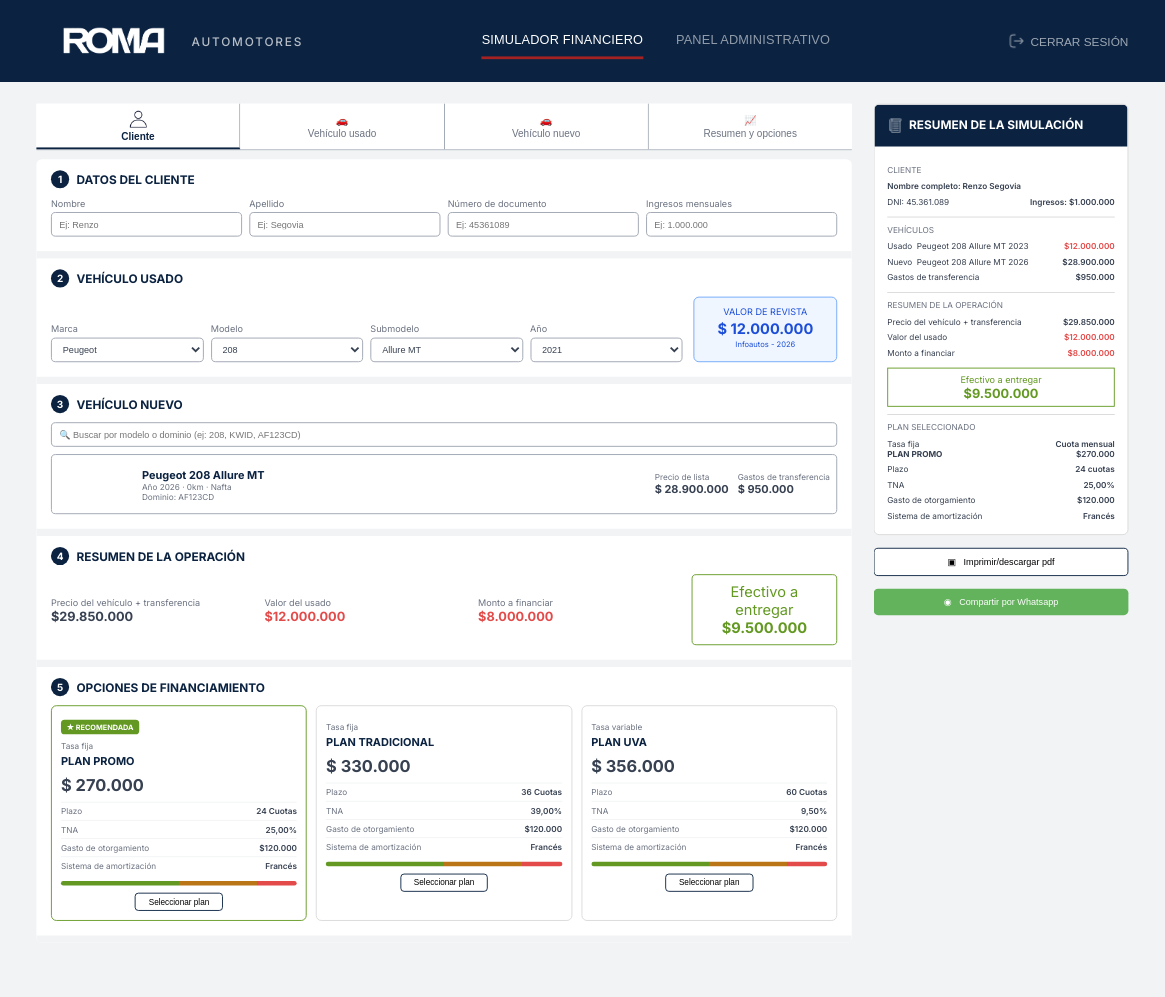
Repository: PPIII-9-012/Roma-System
Page: public/index.html
The author's editor kept a copy of each file at every save. The page is drawn from the files as they stood at one save, then again after the next save.
The browser window is 1280 px wide. The pictures show the whole page, at 91% of full size.

Above is the page before, as saved 2026-08-22 13:03:03.

### public/index.html
<!DOCTYPE html>
<html lang="es">
<head>
    <meta charset="UTF-8">
    <meta name="viewport" content="width=device-width, initial-scale=1.0">
    <title>Simulador Financiero — Roma Automotores</title>
    <link rel="preconnect" href="https://fonts.googleapis.com">
    <link href="https://fonts.googleapis.com/css2?family=Inter:wght@400;500;600;700&display=swap" rel="stylesheet">
    <style>
        * {
            box-sizing: border-box;
            margin: 0;
            padding: 0;
        }
        body {
            font-family: 'Inter', system-ui, sans-serif;
        }
        .navbar {
            height: 90px;
            background: #0B2341;
            color: #FFFFFF;
            display: flex;
            align-items: center;
            justify-content: space-between;
            padding: 0 40px;
            position: sticky;
            top: 0;
            z-index: 50;
        }
        .navbar-left,
        .navbar-links,
        .navbar-logout {
            display: flex;
            align-items: center;
        }
        .navbar-left {
            gap: 14px;
        }
        .navbar-links {
            gap: 36px;
        }
        .navbar-logo {
            width: auto;
            height: 70px;
            display: block;
        }
        .navbar-brand {
            font-size: 13px;
            opacity: .7;
            letter-spacing: 2px;
            font-weight: 500;
        }
        .navbar-brand,
        .navbar-link,
        .navbar-logout {
            color: #FFFFFF;
        }
        .navbar-link {
            font-size: 14px;
            opacity: .55;
            text-decoration: none;
            padding-bottom: 4px;
            letter-spacing: .2px;
            transition: opacity .15s;
            position: relative;
        }
        .navbar-link:hover {
            opacity: .85;
        }
        .navbar-link.active {
            opacity: 1;
        }
        .navbar-link.active::after {
            content: "";
            position: absolute;
            left: 0;
            right: 0;
            bottom: -10px;
            height: 3px;
            background: #a52222;
        }
        .navbar-logout {
            font-size: 13px;
            opacity: .6;
        }
        .navbar-logout:hover {
            opacity: 1;
        }
        .navbar-link,
        .navbar-logout {
            background: transparent;
            border: 0;
            cursor: pointer;
        }
        .navbar-logout {
            gap: 6px;
        }
        .logout-logo {
            width: auto;
            height: 18px;
            display: block;
        }
        body {
            background: #F1F3F4;
            color: #374151;
        }
        .app {
            display: flex;
            max-width: 1440px;
            margin: 0 auto;
            align-items: flex-start;
        }
        .main-col {
            flex: 1;
            min-width: 0;
            padding: 24px 24px 60px 40px;
        }
        .side-col {
            width: 320px;
            flex-shrink: 0;
            padding: 24px 40px 60px 0;
            position: sticky;
            top: 90px;
        }
        .progress-tabs {
            background: #FFFFFF;
            display: flex;
            border-bottom: 1px solid #9CA3AF;
            margin-bottom: 10px;
        }
        .progress-tab {
            flex: 1;
            min-width: 0;
            min-height: 50px;
            display: flex;
            flex-direction: column;
            align-items: center;
            justify-content: center;
            gap: 2px;
            padding: 5px 8px;
            background: #FFFFFF;
            border: 0;
            border-right: 1px solid #9CA3AF;
            color: #6B7280;
            cursor: pointer;
            font-size: 11px;
        }
        .progress-tab:last-child { border-right: 0; }
        .progress-tab.active { color: #0B2341; font-weight: 600; border-bottom: 2px solid #0B2341; }
        .progress-tab img { height: 22px; width: auto; }
        .form-card, .summary-card {
            background: #FFFFFF;
            border-radius: 6px;
            overflow: hidden;
        }
        .form-section {
            padding: 12px 16px 16px;
            border-bottom: 8px solid #F1F3F4;
        }
        .form-section-head {
            display: flex;
            align-items: center;
            gap: 8px;
            margin-bottom: 10px;
        }
        .form-section-num {
            width: 20px;
            height: 20px;
            border-radius: 50%;
            background: #0B2341;
            color: #FFFFFF;
            display: grid;
            place-items: center;
            font-size: 11px;
            font-weight: 700;
        }
        .form-section-title { color: #0B2341; font-size: 13px; font-weight: 700; }
        .field-row, .used-fields { display: grid; grid-template-columns: repeat(4, minmax(0, 1fr)); gap: 8px; }
        .field { display: flex; flex-direction: column; gap: 4px; min-width: 0; }
        .field label { font-size: 10px; color: #6B7280; }
        .field input, .field select, .search-input {
            width: 100%;
            height: 27px;
            padding: 4px 8px;
            border: 1px solid #9CA3AF;
            border-radius: 5px;
            background: #FFFFFF;
            color: #374151;
            font-size: 10px;
        }
        .used-layout { display: grid; grid-template-columns: 1fr 158px; gap: 12px; align-items: end; }
        .infoauto-box { background: #EFF6FF; border: 1px solid #70A5F8; border-radius: 6px; min-height: 72px; padding: 9px; text-align: center; color: #1D4ED8; font-size: 10px; }
        .infoauto-value { display: block; font-size: 16px; font-weight: 700; margin-top: 3px; }
        .search-wrap { position: relative; margin-bottom: 8px; }
        .new-car-card { display: grid; grid-template-columns: 82px 1fr auto auto; gap: 10px; align-items: center; border: 1px solid #9CA3AF; border-radius: 5px; padding: 7px; }
        .car-photo { width: 82px; height: 50px; object-fit: contain; }
        .car-name { font-size: 12px; font-weight: 700; color: #0B2341; }
        .car-meta, .price-label { font-size: 9px; color: #6B7280; }
        .price-value { font-size: 12px; font-weight: 700; color: #374151; }
        .op-grid { display: grid; grid-template-columns: repeat(3, 1fr) 160px; gap: 12px; align-items: center; }
        .op-label { font-size: 10px; color: #6B7280; }
        .op-value { font-size: 14px; font-weight: 700; }
        .negative { color: #E24B4A; }
        .cash-box { border: 1px solid #639922; border-radius: 5px; padding: 8px; text-align: center; color: #639922; }
        .cash-box strong { display: block; font-size: 16px; }
        .plans-grid { display: grid; grid-template-columns: repeat(3, 1fr); gap: 10px; }
        .plan-card { border: 1px solid #D9D9D9; border-radius: 6px; padding: 10px; min-width: 0; }
        .plan-card:first-child { border-color: #639922; }
        .plan-badge { display: inline-block; background: #639922; color: #FFFFFF; border-radius: 4px; padding: 3px 6px; font-size: 8px; font-weight: 700; }
        .plan-type { color: #6B7280; font-size: 9px; margin-top: 7px; }
        .plan-name { color: #0B2341; font-size: 12px; font-weight: 700; margin: 4px 0 8px; }
        .plan-price { color: #374151; font-size: 18px; font-weight: 700; margin-bottom: 8px; }
        .plan-row { display: flex; justify-content: space-between; border-top: 1px solid #F1F3F4; padding: 4px 0; font-size: 9px; }
        .plan-row span:first-child { color: #6B7280; }
        .plan-row span:last-child { font-weight: 600; }
        .rci { height: 5px; margin: 7px 0 3px; background: linear-gradient(to right, #639922 50%, #BA7517 50% 83%, #E24B4A 83%); border-radius: 4px; }
        .plan-button { display: block; margin: 8px auto 0; padding: 4px 14px; border: 1px solid #0B2341; background: #FFFFFF; border-radius: 4px; font-size: 9px; }
        .summary-card { border: 1px solid #D9D9D9; }
        .summary-head { background: #0B2341; color: #FFFFFF; padding: 14px; font-size: 13px; font-weight: 700; }
        .summary-logo {
            width: auto;
            height: 18px;
            vertical-align: middle;
            margin-right: 6px;
        }
        .summary-body { padding: 12px 14px; }
        .summary-title { color: #6B7280; font-size: 9px; text-transform: uppercase; margin: 8px 0 4px; }
        .summary-row { display: flex; justify-content: space-between; gap: 8px; padding: 3px 0; font-size: 9px; }
        .summary-row span:last-child { font-weight: 600; text-align: right; }
        .summary-divider { border: 0; border-top: 1px solid #D9D9D9; margin: 8px 0; }
        .summary-cash { border: 1px solid #639922; color: #639922; text-align: center; padding: 6px; margin-top: 8px; font-size: 10px; }
        .summary-cash strong { display: block; font-size: 14px; }
        .side-action { width: 100%; margin-top: 14px; padding: 9px; border: 1px solid #0B2341; border-radius: 5px; background: #FFFFFF; font-size: 10px; }
        .side-action.whatsapp { background: #63B35C; color: #FFFFFF; border: 0; }
        .cliente-logo {
            width: auto;
            height: 20px;
            display: block;
        }
        @media (max-width: 900px) {
            .navbar {
                height: auto;
                min-height: 90px;
                flex-wrap: wrap;
                gap: 14px 20px;
                padding: 14px 24px;
            }
            .navbar-links {
                order: 3;
                width: 100%;
                justify-content: center;
            }
            .navbar-link.active {
                padding-bottom: 4px;
            }
            .navbar-link.active::after {
                bottom: -4px;
            }
            .app { flex-direction: column; }
            .main-col, .side-col { width: 100%; padding: 16px 24px 24px; }
            .side-col { position: static; }
        }
        @media (max-width: 560px) {
            .navbar {
                align-items: center;
                padding: 12px 16px;
            }
            .navbar-logo {
                height: 50px;
            }
            .navbar-brand {
                font-size: 11px;
                letter-spacing: 1px;
            }
            .navbar-links {
                gap: 12px;
            }
            .navbar-link {
                font-size: 11px;
                letter-spacing: 0;
                text-align: center;
            }
            .navbar-logout {
                font-size: 11px;
            }
            .logout-logo {
                height: 16px;
            }
            .main-col, .side-col { padding: 12px 16px 20px; }
            .field-row, .used-fields, .plans-grid { grid-template-columns: 1fr; }
            .used-layout, .op-grid { grid-template-columns: 1fr; }
            .new-car-card { grid-template-columns: 64px 1fr; }
            .car-photo { width: 64px; }
        }

</style>
</head>
<body>
<div class="navbar">
    <div class="navbar-left">
        <img class="navbar-logo" src="logotiporoma.png" alt="Roma">
        <span class="navbar-brand">AUTOMOTORES</span>
    </div>
    <div class="navbar-links">
        <button class="navbar-link active" type="button">SIMULADOR FINANCIERO</button>
        <button class="navbar-link" type="button" id="panelAdmimBtn">PANEL ADMINISTRATIVO</button>
    </div>
    <button class="navbar-logout" type="button" id="logoutBtn">
        <img class="logout-logo" src="cerrarsesion.png" alt="">
        <span>CERRAR SESIÓN</span>
    </button>
</div>

<div class="app">
    <div class="main-col">
        <div class="progress-tabs">
            <button class="progress-tab active" data-target="sec-cliente"><img src="cliente.png" alt=""><span>Cliente</span></button>
            <button class="progress-tab" data-target="sec-usado"><span>🚗</span><span>Vehículo usado</span></button>
            <button class="progress-tab" data-target="sec-nuevo"><span>🚗</span><span>Vehículo nuevo</span></button>
            <button class="progress-tab" data-target="sec-opciones"><span>📈</span><span>Resumen y opciones</span></button>
        </div>
        <div class="form-card">
            <section class="form-section" id="sec-cliente">
                <div class="form-section-head"><span class="form-section-num">1</span><span class="form-section-title">DATOS DEL CLIENTE</span></div>
                <div class="field-row">
                    <div class="field"><label>Nombre</label><input placeholder="Ej: Renzo"></div>
                    <div class="field"><label>Apellido</label><input placeholder="Ej: Segovia"></div>
                    <div class="field"><label>Número de documento</label><input placeholder="Ej: 45361089"></div>
                    <div class="field"><label>Ingresos mensuales</label><input placeholder="Ej: 1.000.000"></div>
                </div>
            </section>
            <section class="form-section" id="sec-usado">
                <div class="form-section-head"><span class="form-section-num">2</span><span class="form-section-title">VEHÍCULO USADO</span></div>
                <div class="used-layout">
                    <div class="used-fields">
                        <div class="field"><label>Marca</label><select><option>Peugeot</option></select></div>
                        <div class="field"><label>Modelo</label><select><option>208</option></select></div>
                        <div class="field"><label>Submodelo</label><select><option>Allure MT</option></select></div>
                        <div class="field"><label>Año</label><select><option>2021</option></select></div>
                    </div>
                    <div class="infoauto-box">VALOR DE REVISTA<strong class="infoauto-value">$ 12.000.000</strong><small>Infoautos - 2026</small></div>
                </div>
            </section>
            <section class="form-section" id="sec-nuevo">
                <div class="form-section-head"><span class="form-section-num">3</span><span class="form-section-title">VEHÍCULO NUEVO</span></div>
                <div class="search-wrap"><input class="search-input" placeholder="🔍 Buscar por modelo o dominio (ej: 208, KWID, AF123CD)"></div>
                <div class="new-car-card">
                    <img class="car-photo" src="logotiporoma.png" alt="Vehículo">
                    <div><div class="car-name">Peugeot 208 Allure MT</div><div class="car-meta">Año 2026 · 0km · Nafta<br>Dominio: AF123CD</div></div>
                    <div><div class="price-label">Precio de lista</div><div class="price-value">$ 28.900.000</div></div>
                    <div><div class="price-label">Gastos de transferencia</div><div class="price-value">$ 950.000</div></div>
                </div>
            </section>
            <section class="form-section" id="sec-opciones">
                <div class="form-section-head"><span class="form-section-num">4</span><span class="form-section-title">RESUMEN DE LA OPERACIÓN</span></div>
                <div class="op-grid">
                    <div><div class="op-label">Precio del vehículo + transferencia</div><div class="op-value">$29.850.000</div></div>
                    <div><div class="op-label">Valor del usado</div><div class="op-value negative">$12.000.000</div></div>
                    <div><div class="op-label">Monto a financiar</div><div class="op-value negative">$8.000.000</div></div>
                    <div class="cash-box">Efectivo a entregar<strong>$9.500.000</strong></div>
                </div>
            </section>
            <section class="form-section">
                <div class="form-section-head"><span class="form-section-num">5</span><span class="form-section-title">OPCIONES DE FINANCIAMIENTO</span></div>
                <div class="plans-grid">
                    <div class="plan-card"><span class="plan-badge">★ RECOMENDADA</span><div class="plan-type">Tasa fija</div><div class="plan-name">PLAN PROMO</div><div class="plan-price">$ 270.000</div><div class="plan-row"><span>Plazo</span><span>24 Cuotas</span></div><div class="plan-row"><span>TNA</span><span>25,00%</span></div><div class="plan-row"><span>Gasto de otorgamiento</span><span>$120.000</span></div><div class="plan-row"><span>Sistema de amortización</span><span>Francés</span></div><div class="rci"></div><button class="plan-button">Seleccionar plan</button></div>
                    <div class="plan-card"><div class="plan-type">Tasa fija</div><div class="plan-name">PLAN TRADICIONAL</div><div class="plan-price">$ 330.000</div><div class="plan-row"><span>Plazo</span><span>36 Cuotas</span></div><div class="plan-row"><span>TNA</span><span>39,00%</span></div><div class="plan-row"><span>Gasto de otorgamiento</span><span>$120.000</span></div><div class="plan-row"><span>Sistema de amortización</span><span>Francés</span></div><div class="rci"></div><button class="plan-button">Seleccionar plan</button></div>
                    <div class="plan-card"><div class="plan-type">Tasa variable</div><div class="plan-name">PLAN UVA</div><div class="plan-price">$ 356.000</div><div class="plan-row"><span>Plazo</span><span>60 Cuotas</span></div><div class="plan-row"><span>TNA</span><span>9,50%</span></div><div class="plan-row"><span>Gasto de otorgamiento</span><span>$120.000</span></div><div class="plan-row"><span>Sistema de amortización</span><span>Francés</span></div><div class="rci"></div><button class="plan-button">Seleccionar plan</button></div>
                </div>
            </section>
        </div>
    </div>
    <aside class="side-col">
        <div class="summary-card"><div class="summary-head"><img class="summary-logo" src="resumen.png" alt="">RESUMEN DE LA SIMULACIÓN</div><div class="summary-body">
            <div class="summary-title">Cliente</div><div class="summary-row"><span>Nombre completo: Renzo Segovia</span></div><div class="summary-row"><span>DNI: 45.361.089</span><span>Ingresos: $1.000.000</span></div><hr class="summary-divider">
            <div class="summary-title">Vehículos</div><div class="summary-row"><span>Usado&nbsp; Peugeot 208 Allure MT 2023</span><span class="negative">$12.000.000</span></div><div class="summary-row"><span>Nuevo&nbsp; Peugeot 208 Allure MT 2026</span><span>$28.900.000</span></div><div class="summary-row"><span>Gastos de transferencia</span><span>$950.000</span></div><hr class="summary-divider">
            <div class="summary-title">Resumen de la operación</div><div class="summary-row"><span>Precio del vehículo + transferencia</span><span>$29.850.000</span></div><div class="summary-row"><span>Valor del usado</span><span class="negative">$12.000.000</span></div><div class="summary-row"><span>Monto a financiar</span><span class="negative">$8.000.000</span></div><div class="summary-cash">Efectivo a entregar<strong>$9.500.000</strong></div><hr class="summary-divider">
            <div class="summary-title">Plan seleccionado</div><div class="summary-row"><span>Tasa fija<br><b>PLAN PROMO</b></span><span>Cuota mensual<br>$270.000</span></div><div class="summary-row"><span>Plazo</span><span>24 cuotas</span></div><div class="summary-row"><span>TNA</span><span>25,00%</span></div><div class="summary-row"><span>Gasto de otorgamiento</span><span>$120.000</span></div><div class="summary-row"><span>Sistema de amortización</span><span>Francés</span></div>
        </div></div>
        <button class="side-action">▣ &nbsp; Imprimir/descargar pdf</button><button class="side-action whatsapp">◉ &nbsp; Compartir por Whatsapp</button>
    </aside>
</div>

</body>
</html>

After the next save:
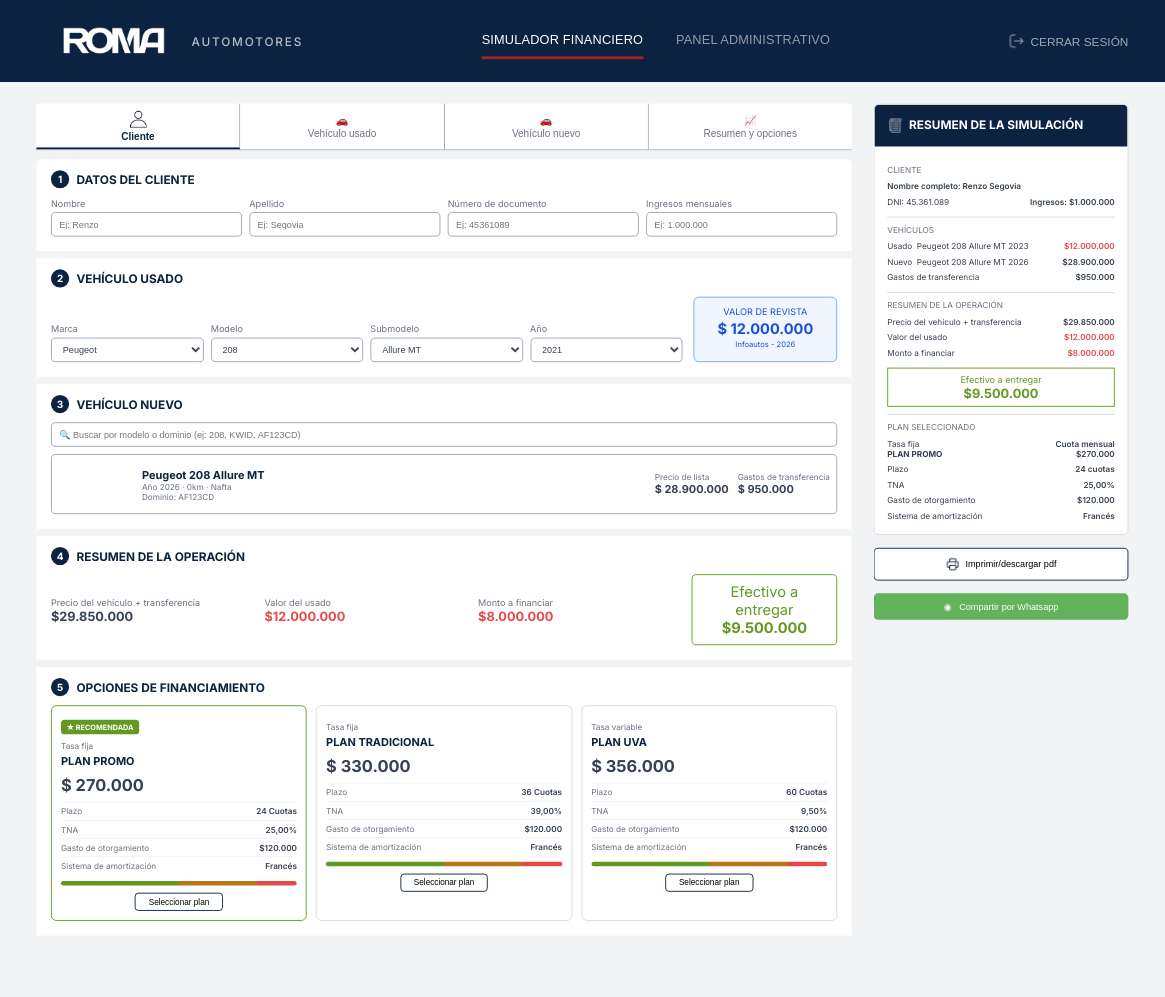
Saved 5 min 1 s later.
--- a/public/index.html
+++ b/public/index.html
@@ -231,6 +231,12 @@
         .summary-cash { border: 1px solid #639922; color: #639922; text-align: center; padding: 6px; margin-top: 8px; font-size: 10px; }
         .summary-cash strong { display: block; font-size: 14px; }
         .side-action { width: 100%; margin-top: 14px; padding: 9px; border: 1px solid #0B2341; border-radius: 5px; background: #FFFFFF; font-size: 10px; }
+        .print-logo {
+            width: auto;
+            height: 16px;
+            vertical-align: middle;
+            margin-right: 6px;
+        }
         .side-action.whatsapp { background: #63B35C; color: #FFFFFF; border: 0; }
         .cliente-logo {
             width: auto;
@@ -377,7 +383,7 @@
             <div class="summary-title">Resumen de la operación</div><div class="summary-row"><span>Precio del vehículo + transferencia</span><span>$29.850.000</span></div><div class="summary-row"><span>Valor del usado</span><span class="negative">$12.000.000</span></div><div class="summary-row"><span>Monto a financiar</span><span class="negative">$8.000.000</span></div><div class="summary-cash">Efectivo a entregar<strong>$9.500.000</strong></div><hr class="summary-divider">
             <div class="summary-title">Plan seleccionado</div><div class="summary-row"><span>Tasa fija<br><b>PLAN PROMO</b></span><span>Cuota mensual<br>$270.000</span></div><div class="summary-row"><span>Plazo</span><span>24 cuotas</span></div><div class="summary-row"><span>TNA</span><span>25,00%</span></div><div class="summary-row"><span>Gasto de otorgamiento</span><span>$120.000</span></div><div class="summary-row"><span>Sistema de amortización</span><span>Francés</span></div>
         </div></div>
-        <button class="side-action">▣ &nbsp; Imprimir/descargar pdf</button><button class="side-action whatsapp">◉ &nbsp; Compartir por Whatsapp</button>
+        <button class="side-action"><img class="print-logo" src="imprimir.png" alt="">Imprimir/descargar pdf</button><button class="side-action whatsapp">◉ &nbsp; Compartir por Whatsapp</button>
     </aside>
 </div>
 
